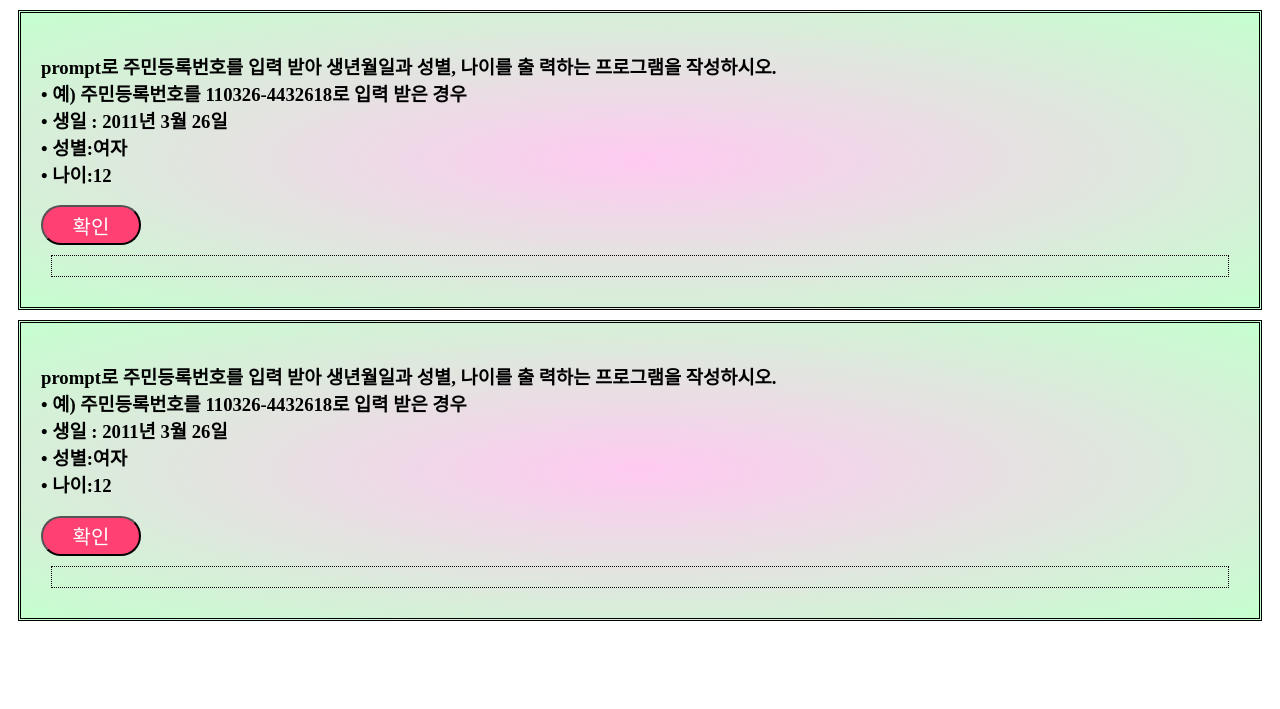
Repository: choidazzi/DDIT
Page: web programming/html/webpro/src/main/webapp/0510/String주민번호.html
The author's editor kept a copy of each file at every save. The page is drawn from the files as they stood at one save, then again after the next save.
The browser window is 1280 px wide. The pictures show the whole page.

Above is the page before, as saved 2023-05-10 03:36:03.

After the next save:
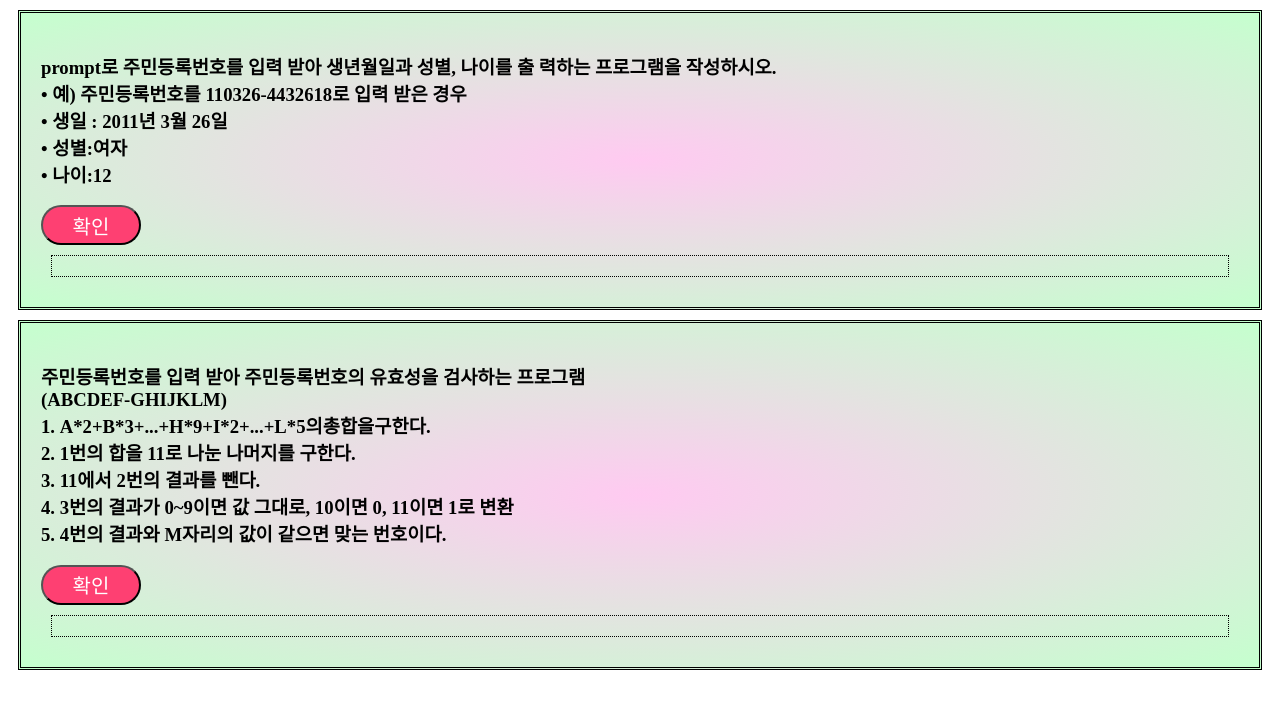
Saved 96 s later.
--- a/web programming/html/webpro/src/main/webapp/0510/String주민번호.html
+++ b/web programming/html/webpro/src/main/webapp/0510/String주민번호.html
@@ -55,11 +55,13 @@
 
 	<div class="box">
 		<h3>
-			prompt로 주민등록번호를 입력 받아 생년월일과 성별, 나이를 출 력하는 프로그램을 작성하시오.
-			<br>• 예) 주민등록번호를 110326-4432618로 입력 받은 경우
-			<br>• 생일 : 2011년 3월 26일
-			<br>• 성별:여자
-			<br>• 나이:12
+			주민등록번호를 입력 받아 주민등록번호의 유효성을 검사하는 프로그램
+			<br>(ABCDEF-GHIJKLM)
+			<br>1. A*2+B*3+...+H*9+I*2+...+L*5의총합을구한다.
+			<br>2. 1번의 합을 11로 나눈 나머지를 구한다.
+			<br>3. 11에서 2번의 결과를 뺀다.
+			<br>4. 3번의 결과가 0~9이면 값 그대로, 10이면 0, 11이면 1로 변환
+			<br>5. 4번의 결과와 M자리의 값이 같으면 맞는 번호이다.
 		</h3>
 
 		<input type="button" onclick="proc2()" value ="확인">
